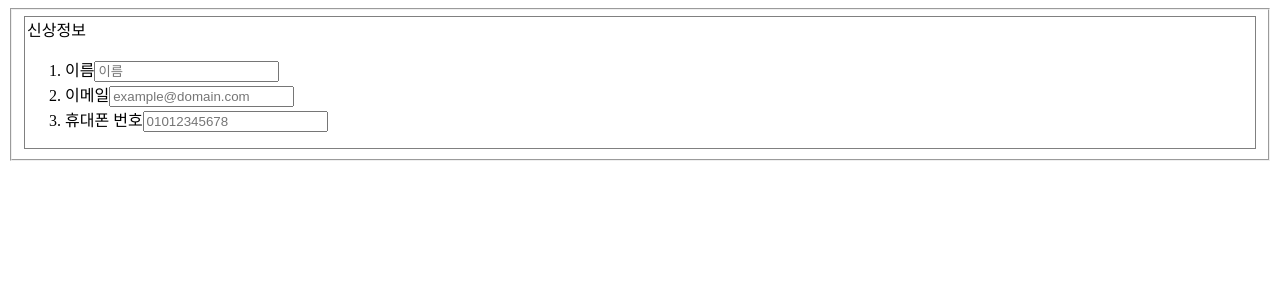
Repository: daehyeonhong/HTML
Page: Test/WebContent/exercise0518/exercise008.html
The author's editor kept a copy of each file at every save. The page is drawn from the files as they stood at one save, then again after the next save.
The browser window is 1280 px wide. The pictures show the whole page.

Above is the page before, as saved 2020-05-18 23:51:32.

### Test/WebContent/exercise0518/exercise008.html
<!DOCTYPE html>
<html>
<head>
<meta charset="EUC-KR">
<title>Insert title here</title>
</head>
<body><fieldset>
	<div  style="border: 1px solid gray;"  ><legend>신상정보</legend>
		<form action="">
			<ol>
				<li>이름<input type="text"name="name"placeholder="이름"></li>
				<li>이메일<input type="email"name="email"placeholder="example@domain.com"></li>
				<li>휴대폰 번호<input type="tel"name="phone"placeholder="01012345678"></li>
			</ol>
		</form>
	</div></fieldset>
</body>
</html>

After the next save:
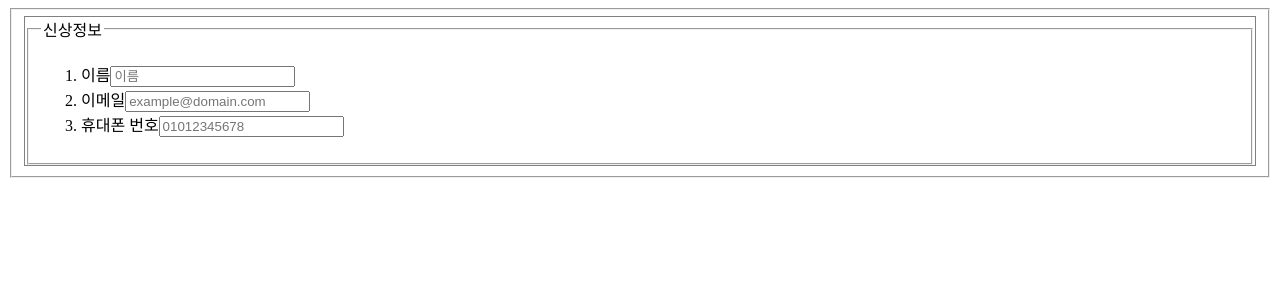
Saved 32 s later.
--- a/Test/WebContent/exercise0518/exercise008.html
+++ b/Test/WebContent/exercise0518/exercise008.html
@@ -4,15 +4,15 @@
 <meta charset="EUC-KR">
 <title>Insert title here</title>
 </head>
-<body><fieldset>
-	<div  style="border: 1px solid gray;"  ><legend>신상정보</legend>
+<body><fieldset >
+	<div  style="border: 1px solid gray;"  ><fieldset ><legend>신상정보</legend>
 		<form action="">
 			<ol>
 				<li>이름<input type="text"name="name"placeholder="이름"></li>
 				<li>이메일<input type="email"name="email"placeholder="example@domain.com"></li>
 				<li>휴대폰 번호<input type="tel"name="phone"placeholder="01012345678"></li>
 			</ol>
-		</form>
-	</div></fieldset>
+		</form></fieldset>
+	</div>
 </body>
 </html>
